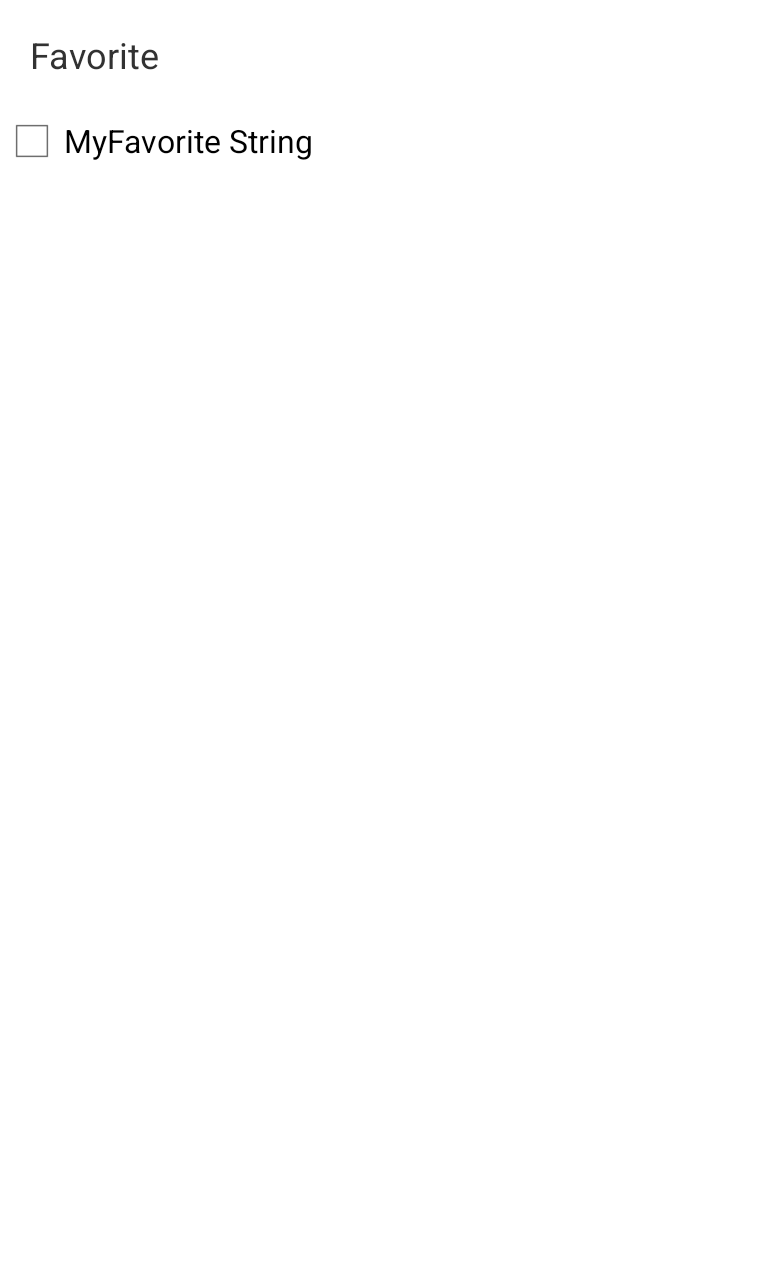
Repository: Osamah/Afstudeerwerk
Layout: NativeApp/SecondPillar/res/layout/activity_favorite.xml
An editor plug-in stored every save of this project. The layout is shown before and after the next save, followed by the edit.
It is drawn on a 768 x 1280 px phone screen (xhdpi) without system bars, with theme AppTheme; the app's code is not run.

Above is the layout before, as saved 2012-12-26 14:23:04.

### NativeApp/SecondPillar/res/layout/activity_favorite.xml
<?xml version="1.0" encoding="utf-8"?>
<LinearLayout
  xmlns:android="http://schemas.android.com/apk/res/android"
  android:orientation="vertical"
  android:layout_width="match_parent"
  android:layout_height="match_parent">

  <!-- Screen Design-->
  <TextView android:text="Favorite"
            android:padding="15dip"
            android:textSize="18dip"
            android:layout_width="fill_parent"
            android:layout_height="wrap_content"/>

  <CheckBox
      android:layout_width="wrap_content"
      android:layout_height="wrap_content"
      android:text="@string/favorite"
  />

</LinearLayout>

### NativeApp/SecondPillar/res/values/strings.xml
<?xml version="1.0" encoding="utf-8"?>
<resources>

    <string name="app_name">Second Pillar</string>
    <string name="edit_message">Enter a message</string>
    <string name="button_send">Send</string>
    <string name="menu_settings">Settings</string>
    <string name="favorite">MyFavorite String</string>

</resources>

Loaded but not shown: NativeApp/SecondPillar/res/values/styles.xml (common file); NativeApp/SecondPillar/res/values-v11/styles.xml (common file); NativeApp/SecondPillar/res/values-v14/styles.xml (common file)

After the next save:
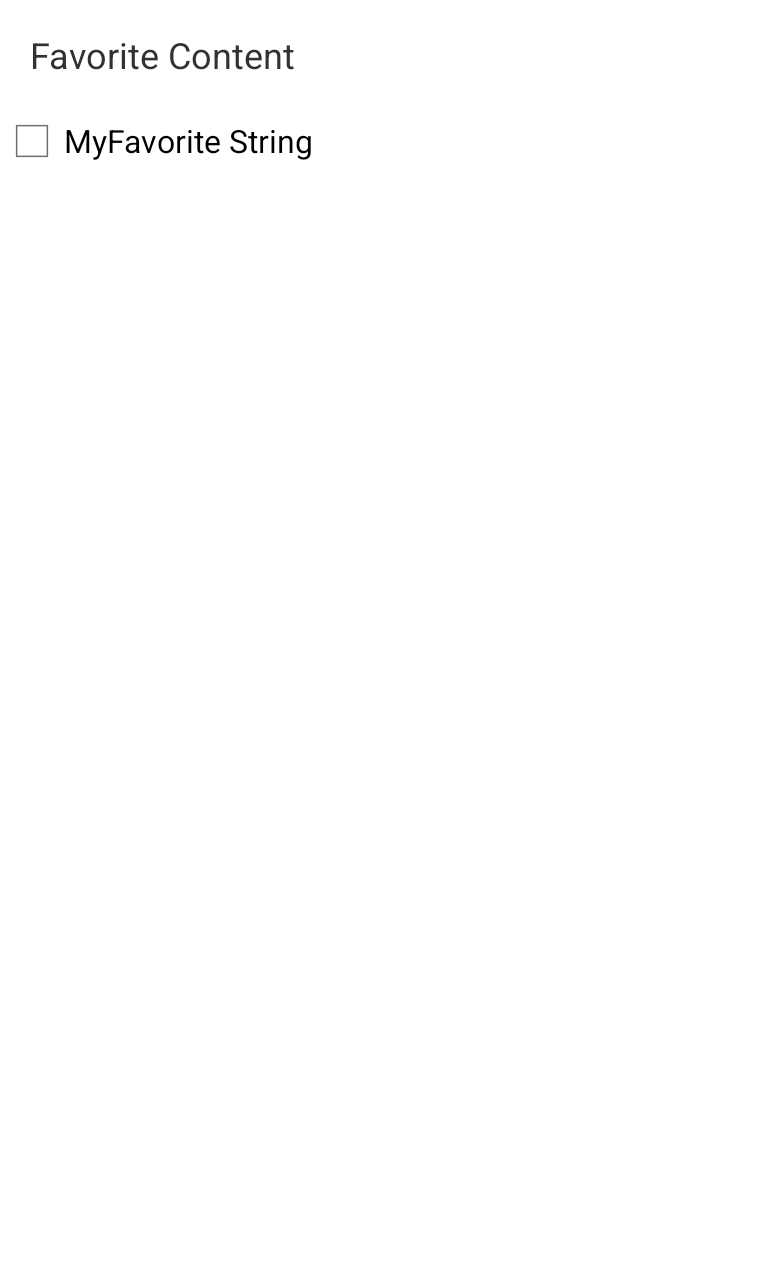
Saved 15 s later.
--- a/NativeApp/SecondPillar/res/layout/activity_favorite.xml
+++ b/NativeApp/SecondPillar/res/layout/activity_favorite.xml
@@ -6,7 +6,7 @@
   android:layout_height="match_parent">
 
   <!-- Screen Design-->
-  <TextView android:text="Favorite"
+  <TextView android:text="Favorite Content"
             android:padding="15dip"
             android:textSize="18dip"
             android:layout_width="fill_parent"
